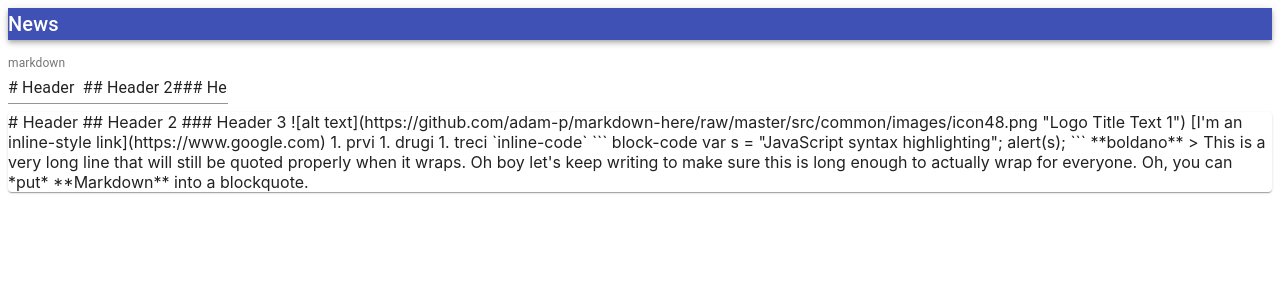
Repository: milac0/markdown-previewer
Page: /
An editor plug-in stored every save of this project. The page is shown before and after the next save, followed by the edit.
The browser window is 1280 px wide. The pictures show the whole page.
The project was rebuilt for these pictures with package versions that can differ from the ones it lists, and the page was loaded fresh each time.

Above is the page before, as saved 2019-10-22 15:03:05.

### public/index.html
<!DOCTYPE html>
<html lang="en">
  <head>
    <meta charset="utf-8" />
    <link rel="shortcut icon" href="%PUBLIC_URL%/favicon.ico" />
    <meta name="viewport" content="width=device-width, initial-scale=1" />
    <meta name="theme-color" content="#000000" />
    <!--
      manifest.json provides metadata used when your web app is installed on a
      user's mobile device or desktop. See https://developers.google.com/web/fundamentals/web-app-manifest/
    -->
    <link rel="manifest" href="%PUBLIC_URL%/manifest.json" />
    <!--
      Notice the use of %PUBLIC_URL% in the tags above.
      It will be replaced with the URL of the `public` folder during the build.
      Only files inside the `public` folder can be referenced from the HTML.

      Unlike "/favicon.ico" or "favicon.ico", "%PUBLIC_URL%/favicon.ico" will
      work correctly both with client-side routing and a non-root public URL.
      Learn how to configure a non-root public URL by running `npm run build`.
    -->
    <title>Markdown Previewer</title>
  </head>
  <body>
    <noscript>You need to enable JavaScript to run this app.</noscript>
    <div id="root"></div>
    <!--
      This HTML file is a template.
      If you open it directly in the browser, you will see an empty page.

      You can add webfonts, meta tags, or analytics to this file.
      The build step will place the bundled scripts into the <body> tag.

      To begin the development, run `npm start` or `yarn start`.
      To create a production bundle, use `npm run build` or `yarn build`.
    -->
  </body>
</html>

### src/index.css
body {
  align-content: center;
  padding: 0;
  font-family: -apple-system, BlinkMacSystemFont, "Segoe UI", "Roboto", "Oxygen",
    "Ubuntu", "Cantarell", "Fira Sans", "Droid Sans", "Helvetica Neue",
    sans-serif;
  -webkit-font-smoothing: antialiased;
  -moz-osx-font-smoothing: grayscale;
}

code {
  font-family: source-code-pro, Menlo, Monaco, Consolas, "Courier New",
    monospace;
}

### src/App.js
import React, { Fragment, useState} from 'react';
import startingInput from './util/startingInput'
import marked from 'marked'

//mui
import AppBar from '@material-ui/core/AppBar';
import Typography from '@material-ui/core/Typography';
import TextField from '@material-ui/core/TextField';
import Grid from '@material-ui/core/Grid'
import Paper from '@material-ui/core/Paper'

const App = () => {
  const [markdown, setMarkdown] = useState(startingInput)

  const handleChange = e => {
    setMarkdown(e.target.value)
  }

  const createMarkup = () => ({
    __html: markdown
  })

  return (
    <Fragment>
      <AppBar position="static">
          <Typography variant="h6">
            News
          </Typography>
      </AppBar>
      <Grid container>
        <Grid item>
        <TextField
        fullWidth
        label="markdown"
        value={markdown}
        onChange={handleChange}
        margin="normal"
      />
        </Grid>
        <Grid item>
          <Paper dangerouslySetInnerHTML={createMarkup()}>
          </Paper>
        </Grid>
      </Grid>
    </Fragment>
  );
};

export default App;

### src/util/startingInput.js
const startingInput = `
# Header
## Header 2
### Header 3
![alt text](https://github.com/adam-p/markdown-here/raw/master/src/common/images/icon48.png "Logo Title Text 1")

[I'm an inline-style link](https://www.google.com)
1. prvi
1. drugi
1. treci

\`inline-code\`

\`\`\`
block-code
var s = "JavaScript syntax highlighting";
alert(s);
\`\`\`
**boldano**

> This is a very long line that will still be quoted properly when it wraps. Oh boy let's keep writing to make sure this is long enough to actually wrap for everyone. Oh, you can *put* **Markdown** into a blockquote.


`
export default startingInput;

Loaded but not shown: src/index.js (common file); src/serviceWorker.js (common file)

After the next save:
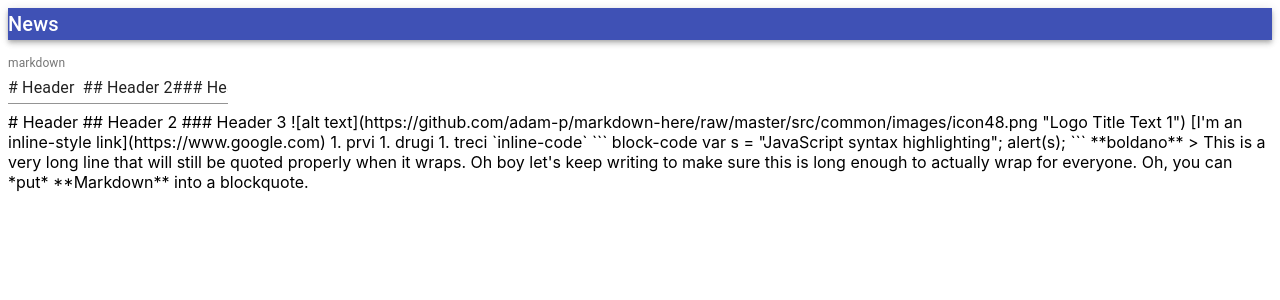
Saved 58 s later.
--- a/src/App.js
+++ b/src/App.js
@@ -38,8 +38,7 @@ const App = () => {
       />
         </Grid>
         <Grid item>
-          <Paper dangerouslySetInnerHTML={createMarkup()}>
-          </Paper>
+          <div dangerouslySetInnerHTML={createMarkup()} />
         </Grid>
       </Grid>
     </Fragment>
